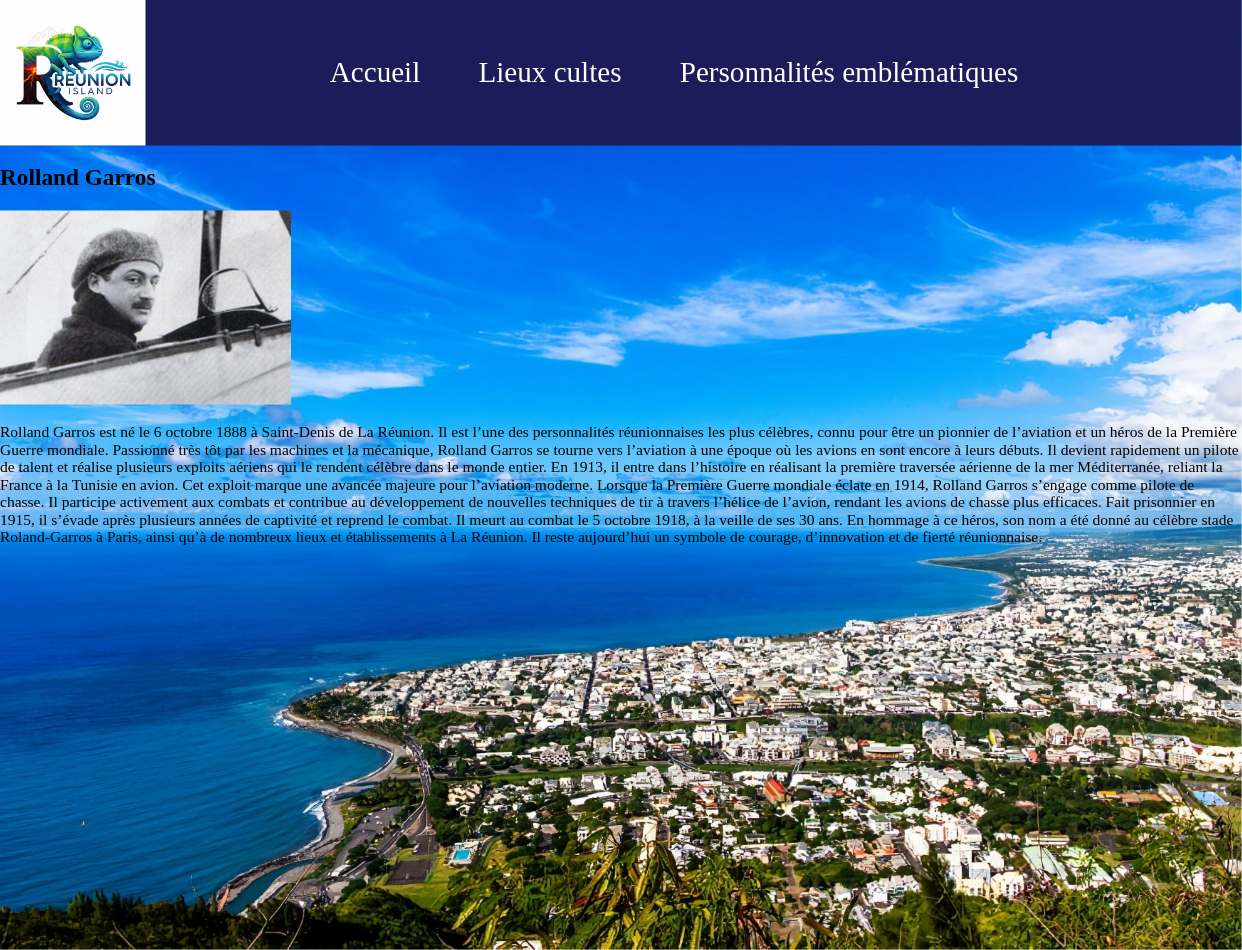
Repository: racinesintense974/Racines-de-lile-intense
Page: garros.html
An editor plug-in stored every save of this project. The page is shown before and after a run of saves, followed by the edit.
The browser window is 1280 px wide. The pictures show the whole page, at 97% of full size.

Above is the page before, as saved 2026-02-19 16:32:43.

After the next 3 saves:
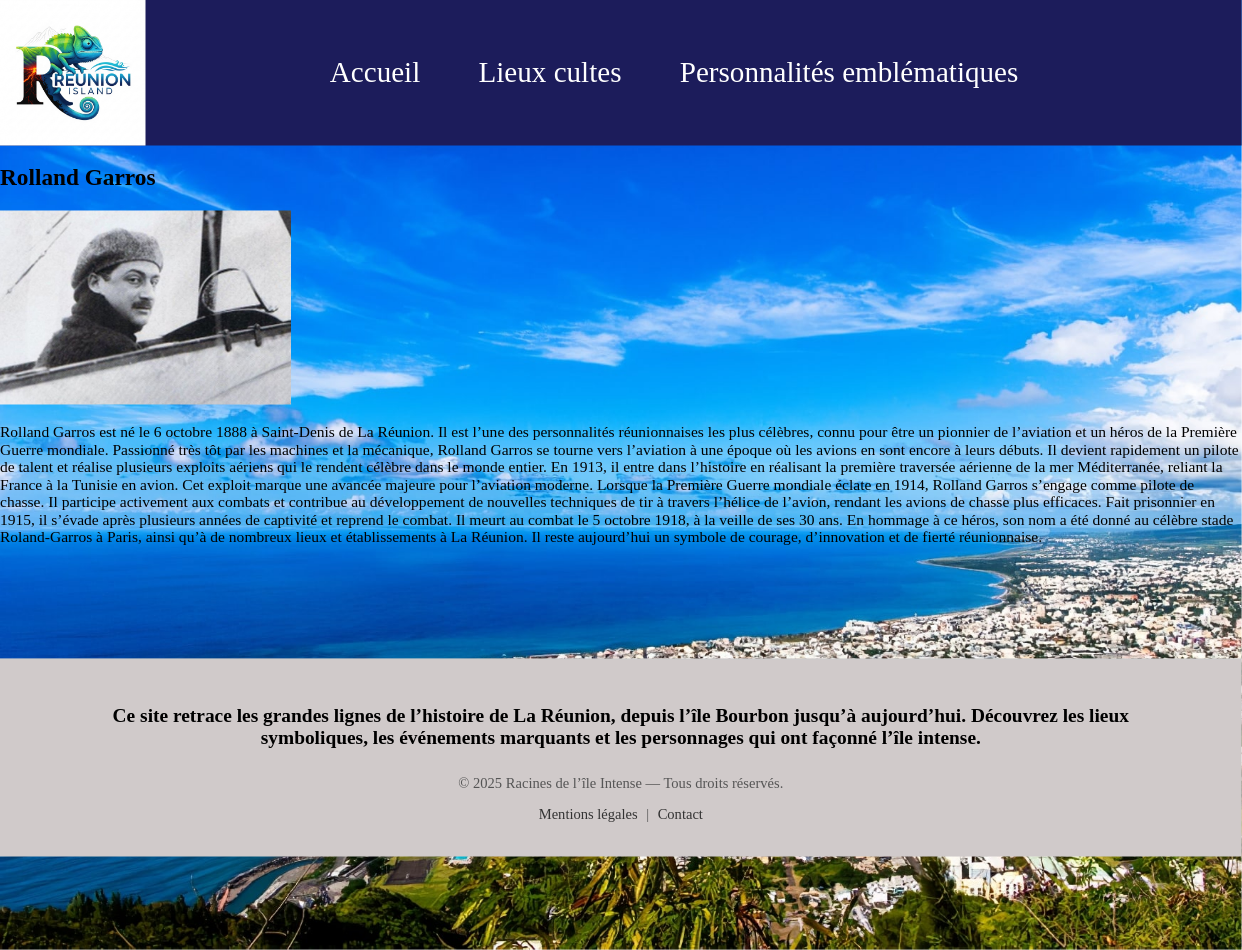
The 3 saves are shown as one change because they came seconds apart.
The last was saved 3 min 7 s later.
--- a/garros.html
+++ b/garros.html
@@ -55,5 +55,13 @@ En hommage à ce héros, son nom a été donné au célèbre stade Roland-Garros
     </p>
 </main>
 
+<footer class="footer">
+    <h1 class="big-title2">Ce site retrace les grandes lignes de l’histoire de La Réunion, depuis l’île Bourbon jusqu’à aujourd’hui. Découvrez les lieux symboliques, les événements marquants et les personnages qui ont façonné l’île intense.</h1>
+  <p>&copy; 2025 Racines de l’île Intense — Tous droits réservés.</p>
+  <p><a href="mentions-legales.html">Mentions légales</a> | <a href="contact.html">Contact</a></p>
+</footer>
+
+    </section>
+
 </body>
 </html>
